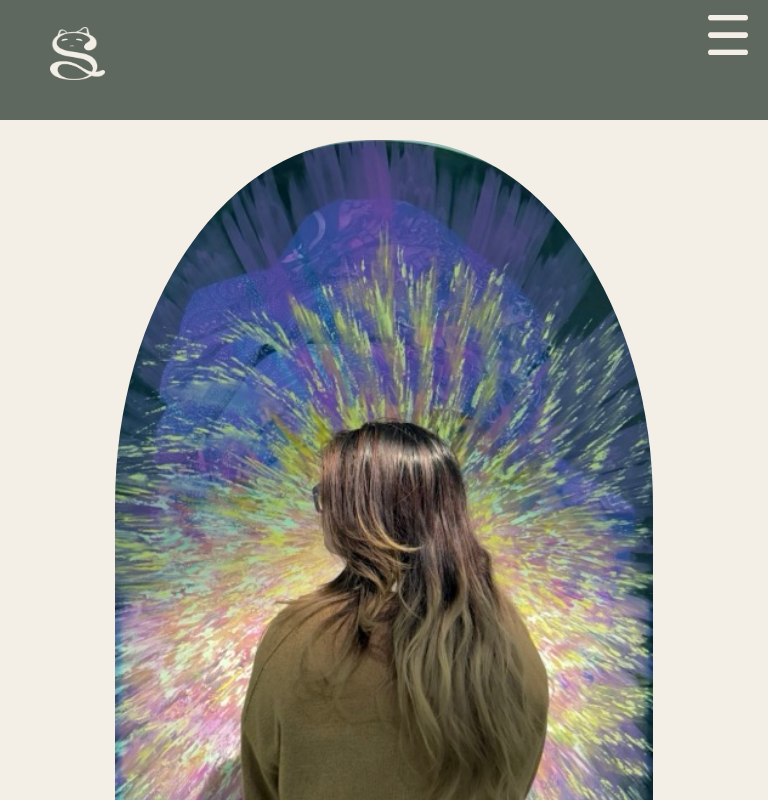
Repository: SandyLy453/portfolio
Page: /
The author's editor kept a copy of each file at every save. The page is drawn from the files as they stood at one save, then again after the next save.
The browser window is 768 px wide. The pictures show the whole page.
An inner scrolling area shows only its first screen. The project was rebuilt for these pictures with package versions that can differ from the ones it lists, and the page was loaded fresh each time. The framework's server and built-in components were replaced by stand-ins that run in the browser. Also part of the build but not shown: next.config.mjs, modules/Footer/Footer.module.css, modules/Footer/Footer.js, modules/ProjectCard/ProjectCard.module.css, modules/ProjectCard/Projectcard.js.

Above is the page before, as saved 2025-02-17 16:52:26.

### pages/_app.js
import { useEffect } from "react";
import { useRouter } from "next/router";
import { Playfair_Display, Sen } from 'next/font/google';
import '../styles/globals.css';

const playfairDisplay = Playfair_Display({
  weight: ['400', '900'],
  style: ['normal', 'italic'],
  subsets: ['latin'],
});

const sen = Sen({
  weight: ['400', '700', '800'],
  subsets: ['latin'],
});

export default function App({ Component, pageProps }) {

  const router = useRouter();

  useEffect(() => {
    const handleRouteChangeComplete = (url) => {
        if (url.startsWith("/projects")) {
            window.location.reload();
        } else if (url.startsWith("/project")) {
          window.location.reload();
        }
    };

    router.events.on("routeChangeComplete", handleRouteChangeComplete);

    return () => {
        router.events.off("routeChangeComplete", handleRouteChangeComplete);
    };
}, [router]);


  return (
    <main className={`${playfairDisplay.className} ${sen.className}`}>
      <Component {...pageProps} />
    </main>
  )
}

### pages/_document.js
import { Html, Head, Main, NextScript } from "next/document";


export default function Document() {
  return (
    <Html lang="en">
      <Head>
        <title>San San's Tea Room</title>
        <link rel="icon" href="/favicon.ico" />

        <link rel="preconnect" href="https://fonts.googleapis.com" />
        <link rel="preconnect" href="https://fonts.gstatic.com" crossorigin="anonymous" />
        <link
          href="https://fonts.googleapis.com/css2?family=Playfair+Display:wght@400;900&family=Sen:wght@400;700;800&display=swap"
          rel="stylesheet"
        />
      </Head>
      <body>
        <Main />
        <NextScript />
      </body>
    </Html>
  );
}

### pages/index.js
import Image from "next/image";
import Link from "next/link";
import styles from "@/styles/Home.module.css";
import { useState, useEffect } from "react";
import Header from "@/modules/Header/Header";
import Footer from "@/modules/Footer/Footer";
import ProjectCard from "@/modules/ProjectCard/Projectcard";
import ShowCase from "@/modules/ShowCase/ShowCase";

export default function Home() {

  const projects = [
    {
      photos: ["/aether-cover.png"],
      alt: "Aether cover",
      title: "Aether",
      description: "Case Study - A AI-powered form-filling app",
      date: "September 2024 - December 2024",
      link: "/projects/Aether",
    },
    {
      photos: ["/post1.png", "/post2.png", "/post3.png"],
      alt: "Poster slides show",
      title: "Poster design",
      description:
        "Product design - Series of posters based on the anime/ manga Detective Conan.",
      date: "December 2024",
      link: "/projects/Poster",
    },
    {
      photos: ["/can1.png", "/can2.png", "/can3.png"],
      alt: "Can design slide show",
      title: "DiLo Tea Can",
      description: "Product design - Tea Can",
      date: "November 2024",
      link: "/projects/CanDesign",
    },
    {
      photos: ["/mockup2.png"],
      alt: "Magazine cover",
      title: "Magazine",
      description: "Magazine design - An architectural magazine",
      date: "November 2024",
      link: "/projects/Magazine",
    },
    {
      photos: ["/clotho.png"],
      alt: "Clotho app",
      title: "Clotho",
      description: "Clotho - A closet organize app",
      date: "March 2024 - May 2024",
      link: "/projects/Clotho",
    },
    {
      photos: ["/cam.png"],
      alt: "Camera vector graphic",
      title: "Mechanical Object Vector Graphic",
      description: "Using vector to draw mechanical objects",
      date: "December 2023",
      link: "/projects/MechanicalObject",
    },
  ];

  const [visibleProjects, setVisibleProjects] = useState(6);

  const roles = ["UX/UI Designer", "Digital Designer", "Web Developer"];
  const [text, setText] = useState("");
  const [index, setIndex] = useState(0);
  const [charIndex, setCharIndex] = useState(0);
  const [deleting, setDeleting] = useState(false);

  useEffect(() => {
    const currentRole = roles[index];

    let timeout;

    if (deleting) {
      timeout = setTimeout(() => {
        setText(currentRole.substring(0, charIndex - 1));
        setCharIndex((prev) => prev - 1);
      }, 50);
    } else {
      timeout = setTimeout(() => {
        setText(currentRole.substring(0, charIndex + 1));
        setCharIndex((prev) => prev + 1);
      }, 100);
    }

    if (!deleting && charIndex === currentRole.length) {
      setTimeout(() => setDeleting(true), 1000);
    } else if (deleting && charIndex === 0) {
      setDeleting(false);
      setIndex((prevIndex) => (prevIndex + 1) % roles.length);
    }

    return () => clearTimeout(timeout);
  }, [charIndex, deleting, index, roles]);

  return (
    <>
      <Header/>

      <main className={styles.main}>
        <div className={styles.top}>
          <div className={styles.image}>
            <Image src={'/cover.jpeg'} alt="cover photo" className={styles.coverPhoto} width={300} height={420} />
          </div>

          <div className={styles.info}>
            <p className={styles.role}>Hello!</p>
            <p className={styles.role}>I am <span className={styles.name}>Sandy</span>, a</p>
            <p className={styles.role}>
              {text}
              <span className={styles.cursor}>|</span>
            </p>
            <Image src={'/hi.GIF'} alt="greeting gif" className={styles.gif} width={294} height={129} />
          </div>
        </div>

        <ShowCase/>

        <div className={styles.sectionBreaker}>
          <span> Let's connect! </span>
        </div>

        <div className={styles.connect}>
          <Link
            className={styles.link}
            href={"mailto:sandy.lyth453@gmail.com"}
            target="_blank"
          >
            <p className={styles.connectInfo}>Email</p>
          </Link>
          <Link
            className={styles.link}
            href={"https://www.instagram.com/sansan_lyth?igsh=MThxOTR1ZTlyY3R1dw%3D%3D&utm_source=qr"}
            target="_blank"
          >
            <p className={styles.connectInfo}>Instagram</p>
          </Link>
          <Link
            className={styles.link}
            href={"https://www.linkedin.com/in/boisan-sandy-ly/"}
            target="_blank"
          >
            <p className={styles.connectInfo}>LinkedIn</p>
          </Link>
          <Link
            className={styles.link}
            href={"/Sandy_Ly_Resume.pdf"}
            target="_blank"
          >
            <p className={styles.connectInfo}>Resume</p>
          </Link>
        </div>
      </main>

      <footer className={styles.footer}>
        <p className={styles.copyright}>© Made by Sandy Ly • 2025</p>
      </footer>
    </>
  );
}

### styles/globals.css
:root {
  --mauveMorn: #ecd6d6;
  --mauveShadow: #B59BA6;
  --moss: #5E7975;
  --brightWhite: #f5f7f6;
  --white: #fff;

  --spaBlue: #D3DEDF;
  --forest: #5E685E;
  --midnight: #3D4D55;
  --stormCloud: #676767;
  --cream: #f4EFE6;
  --cloud: #FEFCF6;
}

html,
body {
  padding: 0;
  margin: 0;
  background-color: #f5f7f6;
  width: 100vw;
  height: 100vh;
  overflow-x: hidden;
  scroll-behavior: auto;

  font-family: "Playfair Display", serif;
  font-optical-sizing: auto;
  color: var(--stormCloud);
  cursor: url('/hehe.webp') 16 16, auto;
}

header {
  margin: 0;
  padding: 0;
  box-sizing: border-box;
}

* {
  margin: 0;
  padding: 0;
  box-sizing: border-box; /* Reset styles for all elements */
}

h1, h2, h3, h4, h5, span {
  font-family: "Playfair Display", serif;
}

a, button {
  cursor: url('/haha.webp') 16 16, pointer;
}

### styles/Home.module.css
.page {
  margin: 0;
  padding: 0;
}

.main {
  min-height: 100vh;
  width: 70vw;
  margin: auto;
  margin-top: 0;
  margin-top: 120px;
}

.top {
  width: 100%;
  min-height: 480px;
  background-color: var(--cream);
  align-items: center;
  display: flex;
  flex-direction: row;
  padding: 0;
  flex-wrap: wrap;
  justify-content: center;
}

.coverPhoto {
  border-radius: 47% 47% 0 0;
  margin: 0 6rem;
  position: relative;
  bottom: -30px;
}

.info {
  text-align: center;
  margin-top: 100px;
  width: 30vw;
}

.name {
  font-size: 54px;
  color: #C69491;
  font-weight: 600;
  font-family: "Playfair Display", serif;
}

.role {
  font-size: 44px;
  color: #7D9094;
  font-weight: 500;
}

.loca {
  font-size: 20px;
  color: #7D9094;
  padding-top: 10px;
}

.gif {
  position: relative;
  bottom: -36px;
}


.sectionBreaker {
  display: flex;
  align-items: center;
  justify-content: center;
  margin: 40px 0;
  position: relative;
}

.sectionBreaker::before,
.sectionBreaker::after {
  content: "";
  flex: 1;
  height: 2px;
  background: #d3d3d3;
  margin: 0;
}

.sectionBreaker span {
  color: #7D9094;
  margin: 0 10px;
  font-size: 20px;
  font-style: italic;
}

.pjSection {
  display: flex;
  flex-direction: row;
  flex-wrap: wrap;
  justify-content:space-between;
  align-items: flex-start;
  margin: 0 auto;
  margin-bottom: 50px;
  gap: 1rem;
  max-width: 1350px;
}

.connect {
  margin-bottom: 200px;
}

.link {
  text-decoration: none;
  color: var(--mauveShadow);
  width: 100%;
  font-weight: 500;
}

.link:hover {
  color: var(--forest);
  font-weight: 900;
}

.connectInfo {
  font-size: 54px;
  margin: 20px 0;
  font-family: "Playfair Display", serif;
  position: relative;
  display: inline-block;
  padding: 10px 20px;
  text-decoration: none;
  width: 100%;
  overflow: hidden;
  transition: color 0.3s ease-in-out, font-weight 0.3s ease-in-out;
  font-weight: 500;
}

/* Background gradient effect */
.connectInfo::before {
  content: "";
  position: absolute;
  top: 0;
  left: -100%;
  width: 100%;
  height: 100%;
  background: linear-gradient(to right, rgba(0, 0, 0, 0.1), rgba(0, 0, 0, 0.3));
  transition: left 0.4s ease-in-out;
  z-index: -1; /* Ensure background does not cover text */
}

/* Make background visible when hovering */
.connectInfo:hover::before,
.connectInfo:active::before {
  left: 0;
}

/* Text color and weight on hover */
.connectInfo:hover {
  color: var(--forest); /* Hover text color */
  font-weight: 900;
}

/* Arrow effect */
.connectInfo::after {
  content: " →";
  opacity: 0;
  position: absolute;
  right: 10px;
  top: 50%;
  transform: translateY(-50%);
  transition: opacity 0.3s ease-in-out, transform 0.3s ease-in-out;
  color: var(--forest); /* Match hover color */
}

/* Show arrow and move slightly right when hovering */
.connectInfo:hover::after,
.connectInfo:active::after {
  opacity: 1;
  transform: translate(8px, -50%);
}


.footer {
  margin-bottom: 20px;
}

.copyright {
  text-align: center;
  font-style: italic;
  color: var(--forest);
  width: 100%;
}





@media screen and (max-width: 1460px) {
  .pjSection {
    gap: 20px;
  }

  .main {
    width: 80vw;
  }

  .coverPhoto {
    margin: 0 1rem;
    bottom: -32px;
  }

  .info {
    margin-top: 50px;
  }

  .gif {
    bottom: -6.4rem;
  }

  .name {
    font-size: 36px;
  }

  .role {
    font-size: 20px;
  }

  .loca {
    font-size: 18px;
  }

  .pjSection {
    gap: 15px;
    justify-content: center;
  }
}



@media screen and (max-width: 768px) {
  .main {
    width: 100vw;
  }

  .coverPhoto {
    margin: 0 auto;
    bottom: -20px;
    width: 70vw;
    height: auto;
  }

  .info {
    margin-top: 50px;
    width: 90vw;
  }

  .name {
    font-size: 36px;
  }

  .role {
    font-size: 20px;
  }

  .loca {
    font-size: 18px;
  }

  .pjSection {
    gap: 15px;
    justify-content: center;
  }

  .gif {
    position: relative;
    bottom: -4px;
    margin-top: 10px;
  }
}

### modules/Header/Header.js
import Image from "next/image";
import Link from "next/link";
import styles from './Header.module.css'
import { useState, useRef } from "react";

export default function Header () {
    const audioRef = useRef(null);
    const [menuOpen, setMenuOpen] = useState(false);

    const playSound = () => {
        if (audioRef.current) {
            audioRef.current.currentTime = 0;
            audioRef.current.play().catch(error => console.log("Audio playback error:", error));
        }
    };

    return (
        <header className={styles.header}>
            <div className={styles.logo}>
                <Link href={'/'}>
                    <Image
                        src={'/logo.png'}
                        alt="logo"
                        className={styles.logo}
                        width={55}
                        height={53}
                        onMouseEnter={playSound}
                    />
                </Link>
            </div>

            {/* Full menu for large screens */}
            <nav className={`${styles.menu} ${menuOpen ? styles.menuOpen : ""}`}>
                <p className={styles.menuOption}><Link href={'/'} className={styles.link}>Home</Link></p>
                <p className={styles.menuOption}><Link href={'/project'} className={styles.link}>Projects</Link></p>
                <p className={styles.menuOption}><Link href={'/about'} className={styles.link}>About me</Link></p>
            </nav>

            {/* Hamburger Menu Icon (Only visible on small screens) */}
            <button className={styles.hamburger} onClick={() => setMenuOpen(!menuOpen)}>
                <Image
                    src={'/menuIcon.png'}
                    alt="Menu"
                    width={40}
                    height={40}
                />
            </button>

            <audio ref={audioRef} src="/cat.wav" preload="auto"></audio>
        </header>
    )
}

### modules/ShowCase/ShowCase.js
import Image from "next/image";
import { useState, useEffect, useRef } from "react";
import styles from './ShowCase.module.css';
import Link from "next/link";

export default function ShowCase() {
    const tags = ["Me", "UX/UI", "Graphic"];
    const images = {
        "Me": "/me.png",
        "UX/UI": "/uxui.png",
        "Graphic": "/3can.png",
    };
    const bigText = ["Sandy", "App Design", "Graphic Design"];
    const smallText = [
        "",
        "",
        ""
    ];
    const linkPath = ["/about", "/project", "/project"];
    const linkText = ["About Me →", "See More Project →", "See More Project →"];

    const [activeIndex, setActiveIndex] = useState(0);
    const [isFading, setIsFading] = useState(false);
    const [isPaused, setIsPaused] = useState(false);
    const intervalRef = useRef(null);

    const startLoop = () => {
        clearInterval(intervalRef.current);
        intervalRef.current = setInterval(() => {
            setIsFading(true);
            setTimeout(() => {
                setActiveIndex((prevIndex) => (prevIndex + 1) % tags.length);
                setIsFading(false);
            }, 500);
        }, 4000);
    };

    useEffect(() => {
        if (!isPaused) startLoop();
        return () => clearInterval(intervalRef.current);
    }, [isPaused]);

    const handlePause = (index) => {
        clearInterval(intervalRef.current);
        setIsPaused(true);
        setActiveIndex(index);
        setIsFading(false);
    };

    const handleResume = () => {
        setIsPaused(false);
    };

    return (
        <div className={styles.container}>
            <div className={styles.tagBox}>
                {tags.map((tag, index) => (
                    <div
                        key={tag}
                        className={`${styles.tag} ${activeIndex === index ? styles.active : ""}`}
                        onMouseEnter={() => handlePause(index)}
                        onMouseLeave={handleResume}
                        onTouchStart={() => handlePause(index)}
                        onTouchEnd={handleResume}
                    >
                        <p>{tag}</p>
                    </div>
                ))}
            </div>

            <div className={styles.right}>
                <div className={styles.photoBox}>
                    <Image
                        key={tags[activeIndex]}
                        src={images[tags[activeIndex]]}
                        alt={tags[activeIndex]}
                        width={600}
                        height={460}
                        className={`${styles.photo} ${isFading ? styles.fadeOut : styles.fadeIn}`}
                    />

                    <div className={styles.gradient}></div>
                    <div className={styles.text}>
                        <p className={styles.big}>{bigText[activeIndex]}</p>
                        <p className={styles.small}>{smallText[activeIndex]}</p>
                        <Link href={linkPath[activeIndex]} className={styles.littleLink}>
                            {linkText[activeIndex]}
                        </Link>
                    </div>
                </div>

                {/* <div className={styles.loadMoreContainer}>
                    <Link href="/project" passHref>
                        <button className={styles.loadMoreButton}>
                            More Projects
                        </button>
                    </Link>
                </div> */}
            </div>
        </div>
    );
}

### modules/Header/Header.module.css
.header {
    margin:0;
    margin-left: auto;
    margin-right: auto;
    width: 70vw;
    height: 120px;
    background-color: var(--forest);
    padding: 20px 50px ;
    padding-bottom: 30px;

    display: flex;
    flex-direction: row;
    justify-content: space-between;
    align-items: flex-end;
    position: fixed;
    right: 15vw;
    top: 0;
    z-index: 999;
}

.menu {
    display: flex;
    flex-direction: row;
    gap: 50px;
}

.menuOption {
    font-size: 20px;
    font-weight: 600;
}

.link {
    text-decoration: none;
    color: var(--cream);
    font-family: "Playfair Display", serif;
}

.link:hover {
    color: var(--midnight);
}

.hamburger {
    display: none;
    background: none;
    border: none;
    cursor: pointer;
}


@media screen and (max-width: 1460px) {
    .header {
        width: 80vw;
        right: 10vw;
    }
}

@media screen and (max-width: 768px) {
    .header {
        width: 100vw;
        right: 0;
        display: flex;
        flex-direction: row;
        justify-content: space-between;
        align-items: center;
    }

    .hamburger {
        display: block;
        position: absolute;
        right: 20px;
        top: 15px;
        z-index: 10;
    }

    .menu {
        display: none;
        position: absolute;
        top: 60px;
        right: 20px;
        background: white;
        flex-direction: column;
        gap: 15px;
        padding: 15px;
        border-radius: 5px;
        box-shadow: 0px 4px 6px rgba(0, 0, 0, 0.1);
        opacity: 0;
        transform: translateY(-10px);
        transition: opacity 0.3s ease, transform 0.3s ease;
    }

    .menuOpen {
        display: flex;
        opacity: 1;
        transform: translateY(0);
    }
}

### modules/ShowCase/ShowCase.module.css
.container {
    margin: auto;
    margin-top: 50px;
    display: flex;
    flex-direction: row;
    justify-content: center;
    align-items: center;
    gap: 30px;
}

.tagBox {
    display: flex;
    justify-content: center;
    align-items: center;
    flex-direction: column;
}

.tag, .active {
    width: 100px;
    height: 100px;
    background-color: var(--cream);
    border-radius: 50%;
    display: flex;
    justify-content: center;
    align-items: center;
    margin: 10px;
    cursor: url('/haha.webp') 16 16, pointer;
    transition: background-color 0.3s ease-in-out, transform 0.2s ease-in-out;
}

.tag:hover, .active {
    background-color: var(--forest);
    transform: scale(1.05);
}

.tag p, .active p {
    color: var(--mauveShadow);
    opacity: 80%;
}

.tag:hover p, .active p {
    color: var(--mauveMorn);
    opacity: 100%;
}

.photoBox {
    width: 50vw;
    max-width: 1000px;
    aspect-ratio: 20 / 11;
    position: relative;
    display: flex;
    align-items: center;
    justify-content: center;
    overflow: hidden;
}

.photo {
    width: 100%;
    height: 100%;
    border-radius: 20px;
    object-fit: cover;
    position: absolute;
    transition: opacity 0.5s ease-in-out;
}

.fadeIn {
    opacity: 1;
}

.fadeOut {
    opacity: 0;
}

.loadMoreContainer {
    margin-top: 20px;
    display: flex;
    flex-direction: column;
    justify-content: flex-end;
    align-items: flex-end;
  }

  .loadMoreButton {
    height: 40px;
    width: 150px;
    background-color: var(--cream);
    color: var(--forest);
    border: 1px solid var(--forest);
    font-size: 18px;
    align-items: center;
    border-radius: 10px;
    margin-bottom: 50px;
  }

  .loadMoreButton:hover {
    background-color: var(--forest);
    color: var(--cream);
  }

  .gradient {
    position: absolute;
    top: 0;
    left: 0;
    width: 100%;
    height: 100%;
    background: linear-gradient(360deg, rgba(2,0,36,1) 0%, rgba(255,255,255,0) 55%);
    z-index: 2;
    pointer-events: none;
    border-radius: 20px;
}

.text {
    position: absolute;
    bottom: 0;
    right: 0;
    width: 100%;
    padding: 20px;
    color: white;
    z-index: 3;
    width: 50vw;
    max-width: 1000px;
    text-align: right;
}

.littleLink {
    text-decoration: underline;
    color: white;
    font-style: italic;
    margin: 20px 0;
}

.big {
    font-family: "Playfair Display", serif;
    font-size: 18px;
    margin: 15px 0;
    font-weight: 700;
}

.small {
    font-size: 15px;
    margin: 15px 0;
}

Loaded but not shown: pages/api/hello.js (common file)

After the next save:
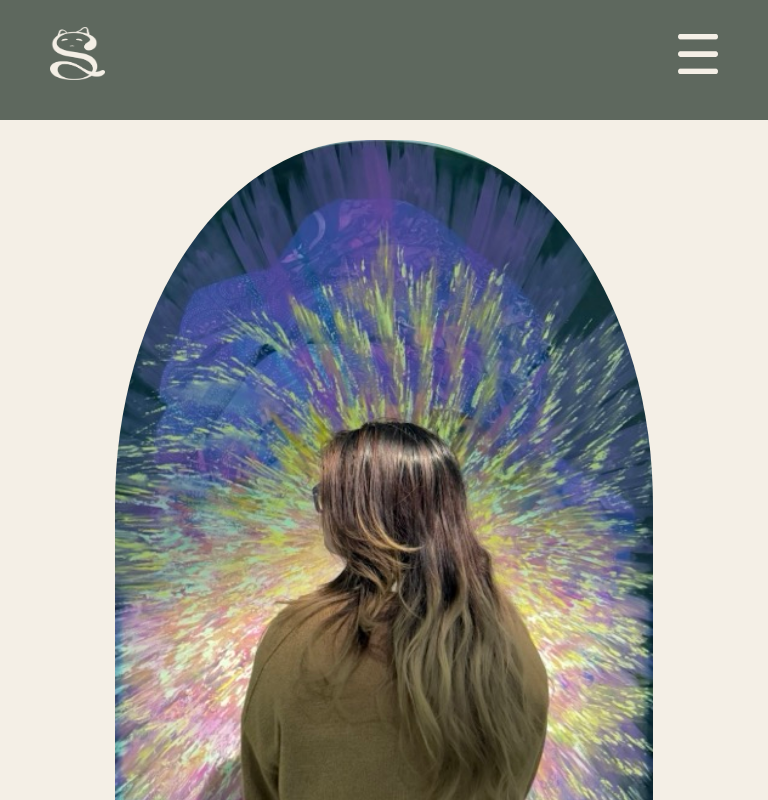
Saved 41 s later.
--- a/modules/Header/Header.module.css
+++ b/modules/Header/Header.module.css
@@ -66,9 +66,6 @@
 
     .hamburger {
         display: block;
-        position: absolute;
-        right: 20px;
-        top: 15px;
         z-index: 10;
     }
 
